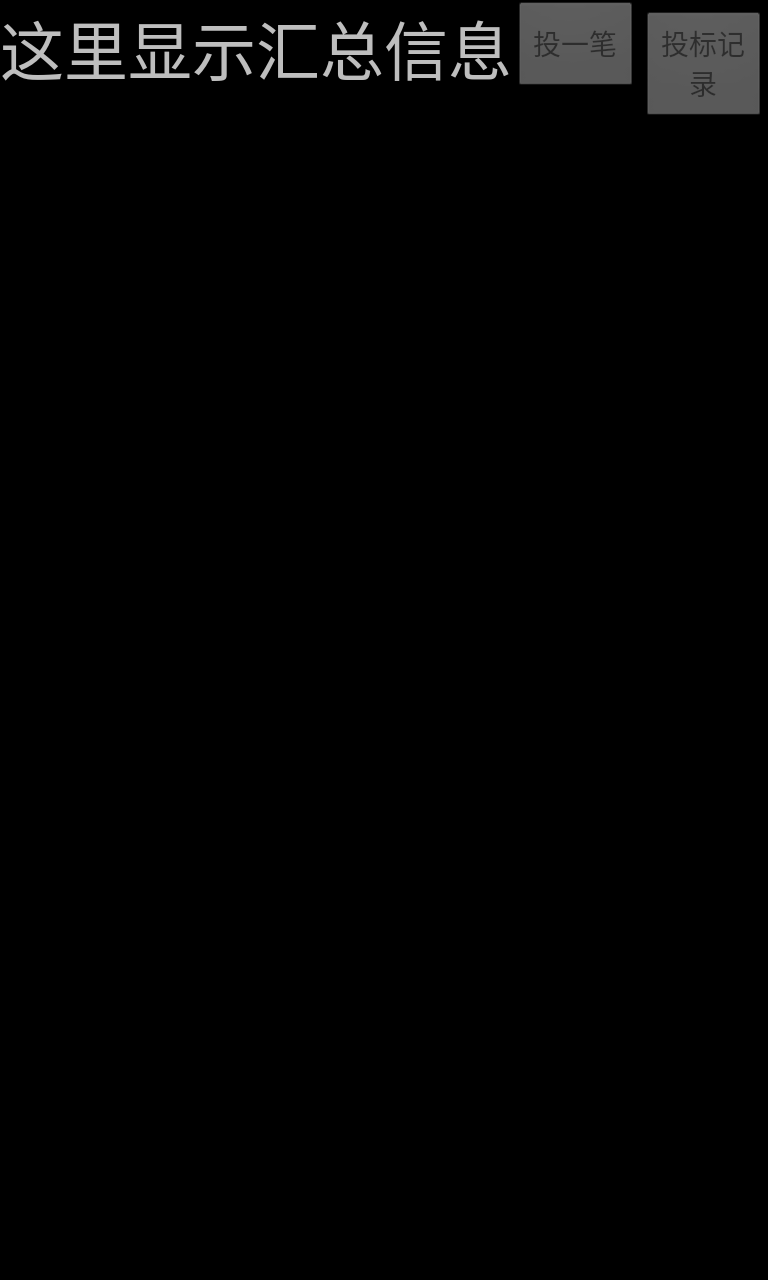
Repository: gongxinge/money-android
Layout: P2P/res/layout/main.xml
The author's editor kept a copy of each file at every save. The layout is drawn from the files as they stood at one save, then again after the next save.
It is drawn on a 768 x 1280 px phone screen (xhdpi) without system bars, with theme android:Theme; the app's code is not run.

Above is the layout before, as saved 2015-05-31 12:57:18.

After the next save:
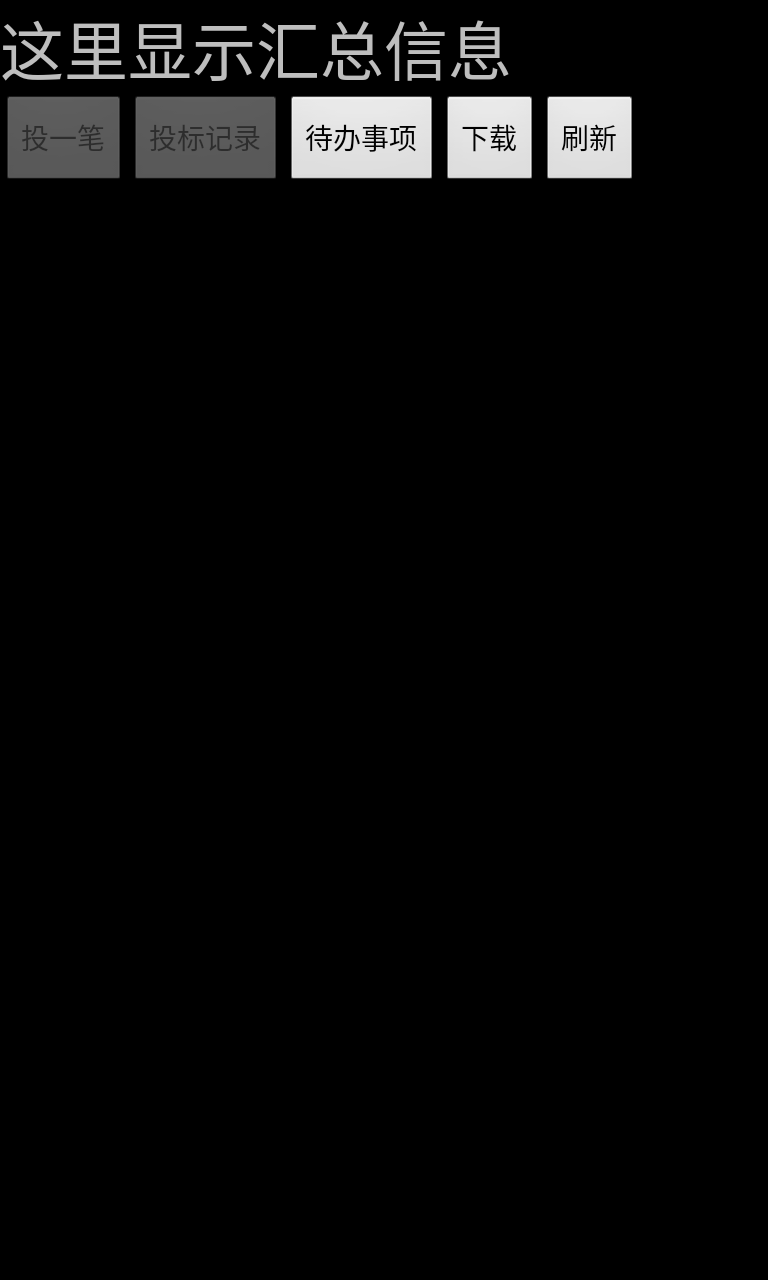
Saved 16 s later.
--- a/P2P/res/layout/main.xml
+++ b/P2P/res/layout/main.xml
@@ -2,7 +2,8 @@
 <LinearLayout xmlns:android="http://schemas.android.com/apk/res/android"
     android:layout_width="match_parent"
     android:layout_height="match_parent"
-    android:orientation="vertica">
+    android:orientation="vertical"
+    >
 
     <TextView
         android:id="@+id/textView1"
